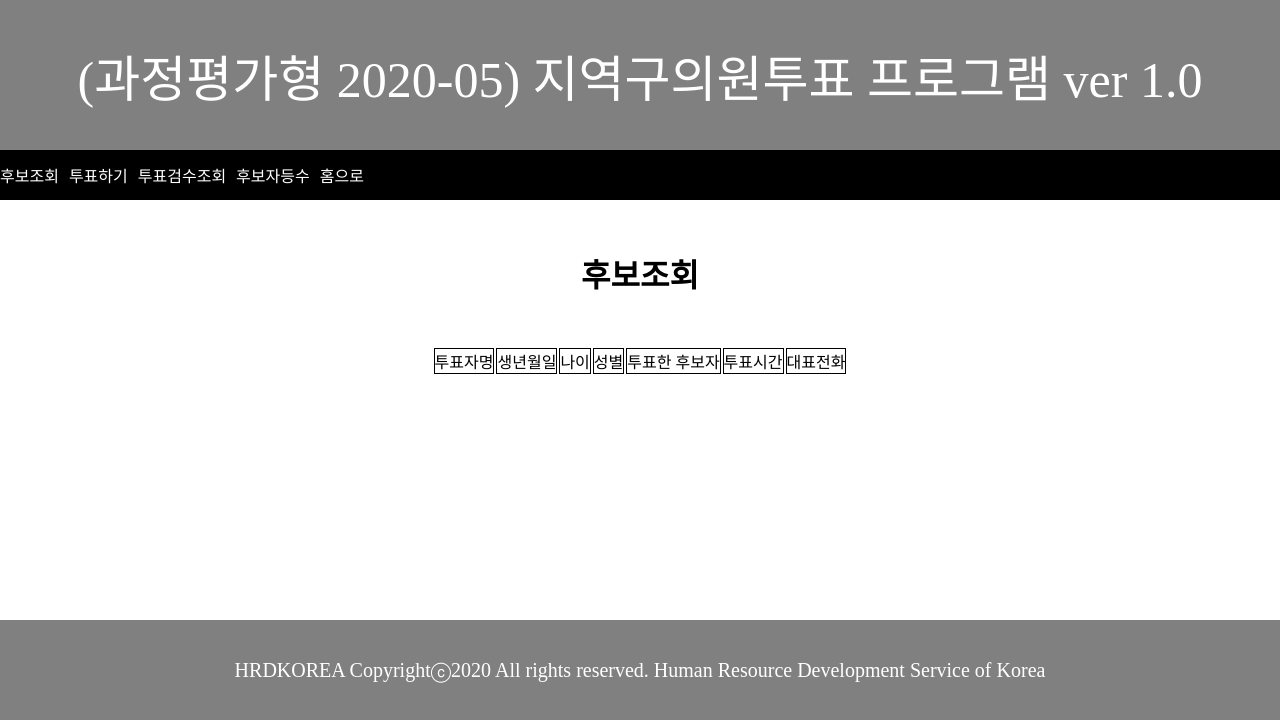
Repository: Ranranruo/info-processing
Page: http://localhost/20250418/tpView.jsp
These files come from the project's save history. The page is drawn as it stood at one moment and after the next save; the edit follows.
The browser window is 1280 px wide. The pictures show the whole page.
The page is served by Tomcat 9. Queries for data that is not in the repository find no rows.

Above is the page before, as saved 2025-04-18 05:16:33.

### 20250418/src/main/webapp/tpView.jsp
<%@page import="java.sql.ResultSet"%>
<%@page import="java.sql.Statement"%>
<%@page import="java.sql.Connection"%>
<%@page import="db.DB"%>
<%@ page language="java" contentType="text/html; charset=UTF-8"
    pageEncoding="UTF-8"%>
<!DOCTYPE html>
<html>
<head>
<meta charset="UTF-8">
<title>Insert title here</title>
<style>
*{
padding: 0; margin: 0; text-decoration: none;
}
	.c {
		display: flex; justify-content: center; align-items: center;
	}
	td {
	border: 1px solid black;
	}
</style>
</head>
<body>
<header style="height: 150px; background: gray; color: #fff; font-size: 50px;" class="c">(과정평가형 2020-05) 지역구의원투표 프로그램 ver 1.0</header>
<nav style="height: 50px; gap:10px; display: flex; align-items: center; background: black; color: #fff; font-size: 16px;">
<a style="color: #fff;" href="hb.jsp">후보조회</a>
<a style="color: #fff;" href="tp.jsp">투표하기</a>
<a style="color: #fff;" href="tpView.jsp">투표검수조회</a>
<a style="color: #fff;" href="hbRank.jsp">후보자등수</a>
<a style="color: #fff;" href="index.jsp">홈으로</a>

</nav>
<main style="min-height: calc(100vh - 300px); display: flex; flex-direction: column; align-items: center;">
<h1 style="padding: 50px;">후보조회</h1>
<table>
	<tr>
		<td>투표자명</td>
		<td>생년월일</td>
		<td>나이</td>
		<td>성별</td>
		<td>투표한 후보자</td>
		<td>투표시간</td>
		<td>대표전화</td>
	</tr>
	<%
	Connection c = DB.get();
	Statement s = c.createStatement();
	ResultSet rs = s.executeQuery("SELECT * FROM TBL_MEMBER_202005 m, TBL_PARTY_202005 p WHERE m.P_CODE = p.P_CODE");
	while(rs.next()) {
	String a = "";
	System.out.println(rs.getString(4).substring(0, 1));
	if(rs.getString(4).substring(0, 1) == "1") a = "고졸";
	if(rs.getString(4).substring(0, 1) == "2") a = "학사";
	if(rs.getString(4).substring(0, 1) == "3") a = "석사";
	if(rs.getString(4).substring(0, 1) == "4") a = "박사";
	%>
	<tr>
		<td><%=rs.getString(1) %></td>
		<td><%=rs.getString(2) %></td>
		<td><%=rs.getString(8) %></td>
		<td><%=a%></td>
		<td><%=rs.getString(5) %></td>
		<td><%=rs.getString(6) %></td>
		<td><%=rs.getString(11).substring(0, 2)%>-<%=rs.getString(12) %>-<%=rs.getString(13) %></td>
	</tr>
	<% } %>
</table>
</main>
<footer style="height: 100px; background: gray; color: #fff; font-size: 20px;" class="c">HRDKOREA Copyrightⓒ2020 All rights reserved. Human Resource Development Service of Korea</footer>
</body>
</html>

### 20250418/src/main/java/db/DB.java
package db;

import java.sql.Connection;
import java.sql.DriverManager;
import java.sql.SQLException;

public class DB {
	public static Connection get() throws Exception {
		Class.forName("oracle.jdbc.OracleDriver");
		Connection conn = DriverManager.getConnection("jdbc:oracle:thin:@//localhost:1521/xe", "system", "1234");
		return conn;
	}
}

After the next save:
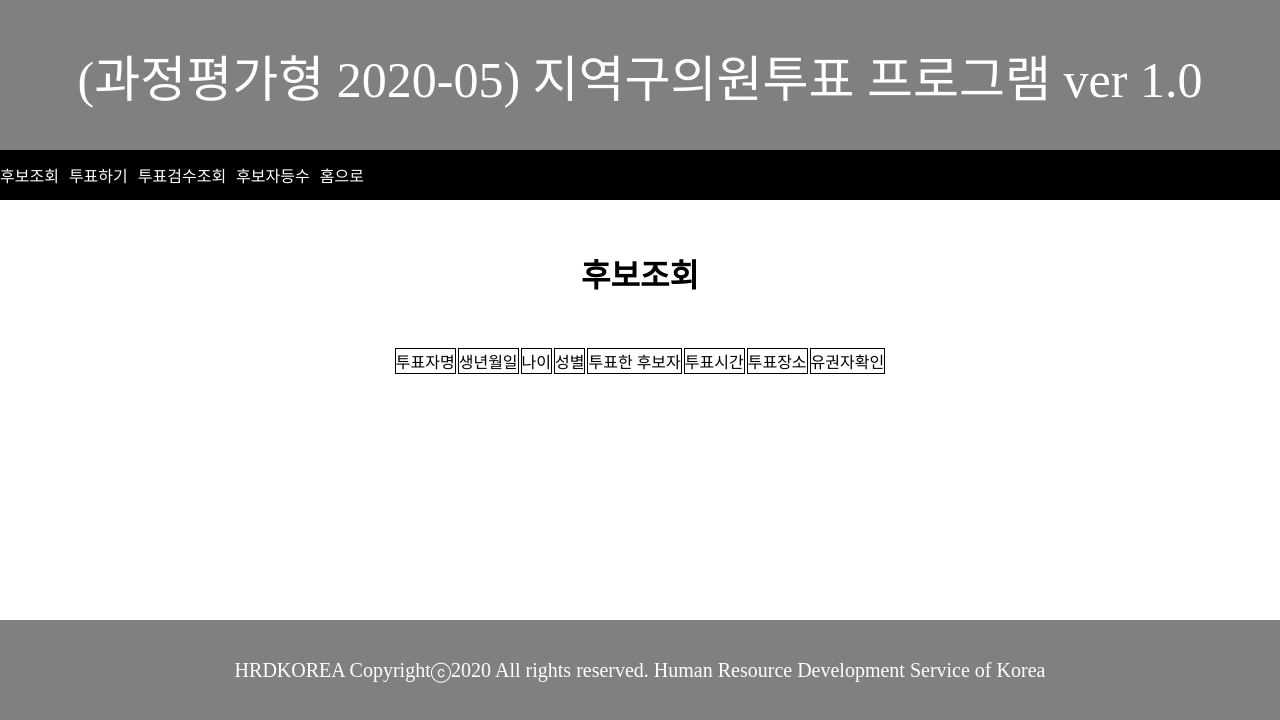
Saved 11 s later.
--- a/20250418/src/main/webapp/tpView.jsp
+++ b/20250418/src/main/webapp/tpView.jsp
@@ -41,7 +41,8 @@ padding: 0; margin: 0; text-decoration: none;
 		<td>성별</td>
 		<td>투표한 후보자</td>
 		<td>투표시간</td>
-		<td>대표전화</td>
+		<td>투표장소</td>
+		<td>유권자확인</td>
 	</tr>
 	<%
 	Connection c = DB.get();
